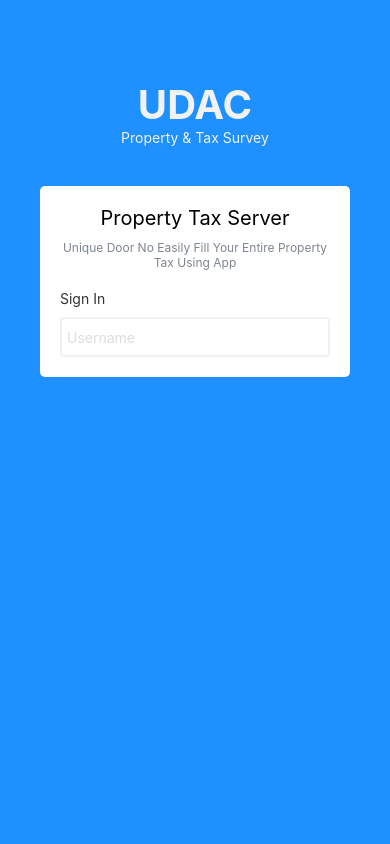
Repository: metalysm/BasicLoginPage
Screen: /
The author's editor kept a copy of each file at every save. The screen is drawn from the files as they stood at one save, then again after the next save.
The app was drawn by React Native's web renderer in a window 390 px wide. The project was rebuilt for these pictures with package versions that can differ from the ones it lists, and the page was loaded fresh each time.

Above is the screen before, as saved 2019-12-05 13:51:59.

### App.js

import React, { Component } from 'react';
import Login from './src/pages/Login';
import { StyleSheet } from 'react-native';

export default class App extends Component {
  render() {
    return (
      <Login />
    );
  }
};



const styles = StyleSheet.create({

});

### src/pages/Login.js

import React, { Component } from 'react';
import {
    StyleSheet,
    View,
    Text,
} from 'react-native';
import LoginForm from '../pages/LoginForm';

export default class Login extends Component {
    render() {
        return (
            <View style={styles.container}>
                <View style={styles.headBackground} />
                <View>
                    <Text style={styles.logo}>UDAC</Text>
                    <Text style={styles.logoDescription}>Property & Tax Survey</Text>
                </View>
                <View style={styles.loginArea}>
                    <Text style={styles.loginAreaTitle}>Property Tax Server</Text>
                    <Text style={styles.loginAreaDesc}>
                        Unique Door No Easily Fill Your Entire Property Tax Using App
                    </Text>
                <LoginForm/>
                </View>
            </View>
        );
    }
};

const styles = StyleSheet.create({
    container: {
        flex: 1,
        backgroundColor: '#F5FCFF',
        paddingVertical: 80
    },
    headBackground: {
        position: 'absolute',
        top: 0,
        left: 0,
        height: '100%',
        width: '100%',
        backgroundColor: '#1e90ff'
    },
    logo: {
        textAlign: 'center',
        fontSize: 40,
        fontWeight: 'bold',
        color: '#f2f2f2'
    },
    logoDescription: {
        textAlign: 'center',
        color: '#f2f2f2',
    },
    loginArea: {
        marginHorizontal: 40,
        marginVertical: 40,
        backgroundColor: '#fff',
        padding: 20,
        borderRadius: 5,
        // SHADOW TANIMLARI SADECE IOS TA VARDIR.
        /* GÖLGELENDİRME
        shadowColor:'black',
        shadowOpacity: .2, //0 ile 1 arasında bir rakam girilir.
        shadowRadius: 3,
        shadowOffset: {
          width: 0,
          height: 2
        }*/
        elevation: 4
    },
    loginAreaTitle: {
        fontSize: 20,
        textAlign: 'center'
    },
    loginAreaDesc: {
        fontSize: 12,
        color: '#7e868f',
        marginVertical: 10,
        textAlign: 'center'
    }
});

### src/pages/LoginForm.js
import React, { Component } from 'react';
import { StyleSheet,Text,View } from 'react-native';
import Input from '../components/Input';

export default class LoginForm extends Component {
  render() {
    return (
      <View>
        <Text style={styles.signInText}>Sign In</Text>
        <Input placeholder="Username"/>
      </View>

    );
  }
};



const styles = StyleSheet.create({
    signInText:{
        marginVertical:10,
        fontSize:14,
        color:'#333'
    }

});

### src/components/Input.js
import React, { Component } from 'react';
import { StyleSheet,TextInput,View } from 'react-native';


export default class Input extends Component {
  render() {
    return (
      <View>
        <TextInput
        {...this.props}
         placeholderTextColor = "#ddd"
         style={styles.input}
         />
      </View>
    ); //{...this.props} => loginformdaki <Input> içerisindeki
  }    // bütün her şeyi al buraya yerleştir demek.
};



const styles = StyleSheet.create({
    input: {
        height:40,
        paddingHorizontal:5,
        borderRadius:4,
        borderWidth:2,
        borderColor:'#f1f1f1',
        fontSize:14
    }

});

After the next save:
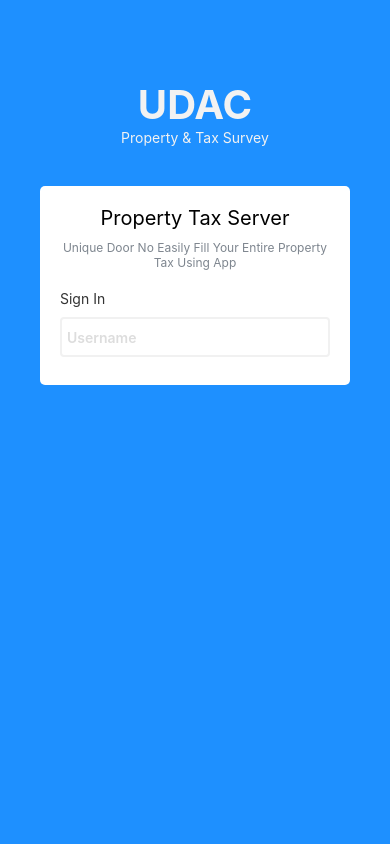
Saved 28 s later.
--- a/src/components/Input.js
+++ b/src/components/Input.js
@@ -25,7 +25,10 @@ const styles = StyleSheet.create({
         borderRadius:4,
         borderWidth:2,
         borderColor:'#f1f1f1',
-        fontSize:14
+        fontSize:14,
+        color:'#999',
+        marginBottom:8,
+        fontWeight:'600'
     }
 
 });
